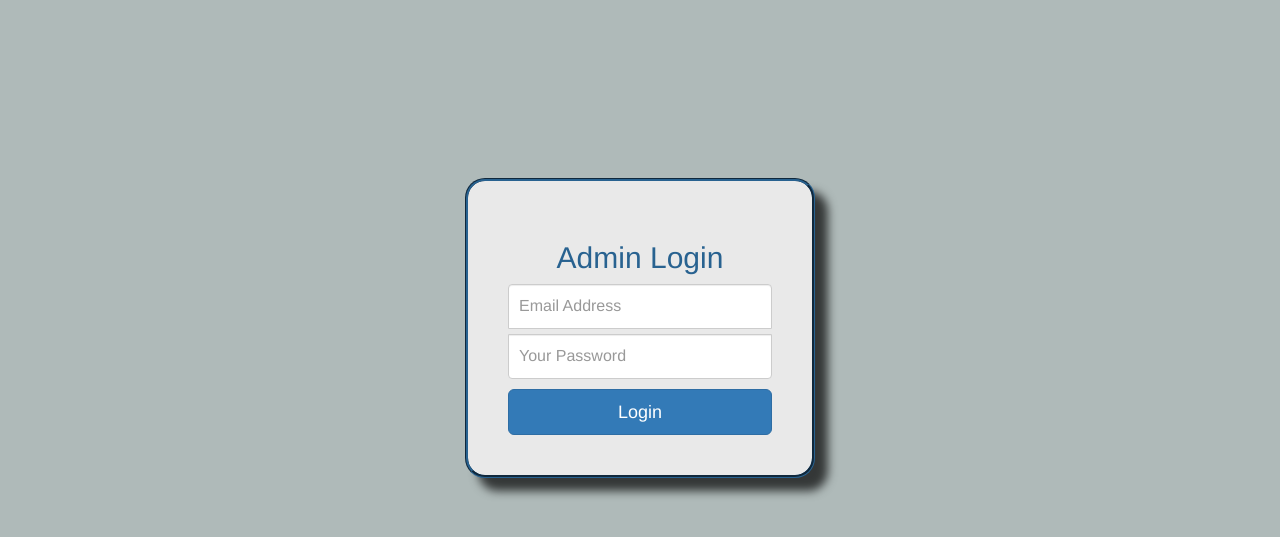
Repository: truonghuynhquy/M_Dev_Store
Page: http://localhost/admin_area/login.php
These files come from the project's save history. The page is drawn as it stood at one moment and after the next save; the edit follows.
The browser window is 1280 px wide. The pictures show the whole page.
The page is run by PHP 8.4 with error messages shown; the project is at /var/www/html/.

Above is the page before, as saved 2022-11-20 19:25:47.

After the next save:
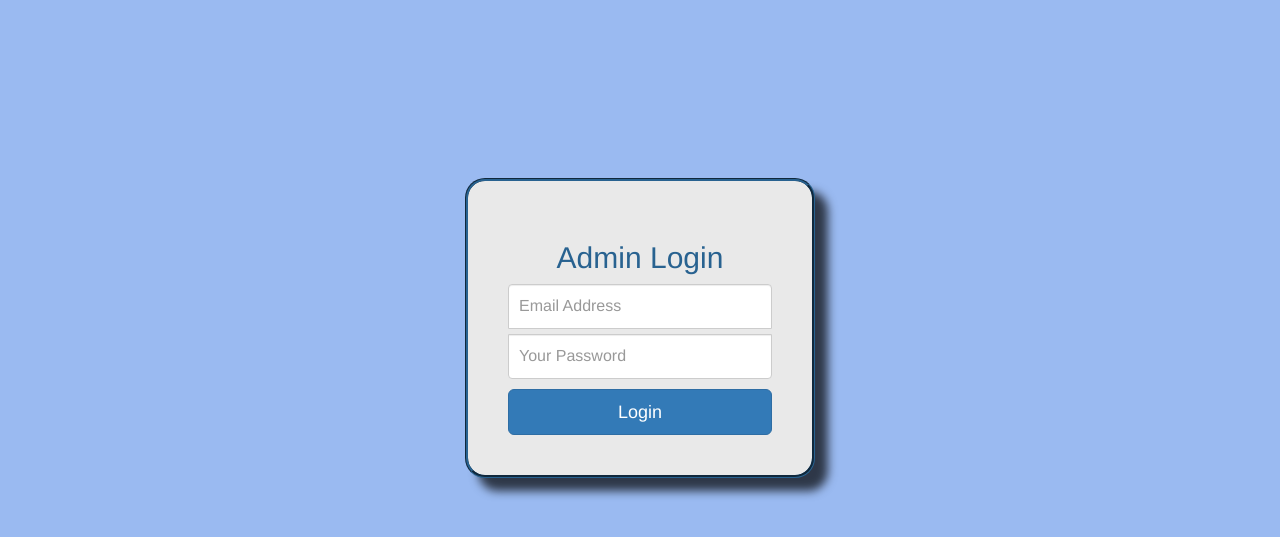
Saved 37 s later.
--- a/admin_area/css/login.css
+++ b/admin_area/css/login.css
@@ -1,6 +1,6 @@
 body{
     padding-top: 10%;
-    background-color: rgb(175, 186, 185);
+    background-color: rgb(154, 186, 241);
 }
 
 .form-login{
